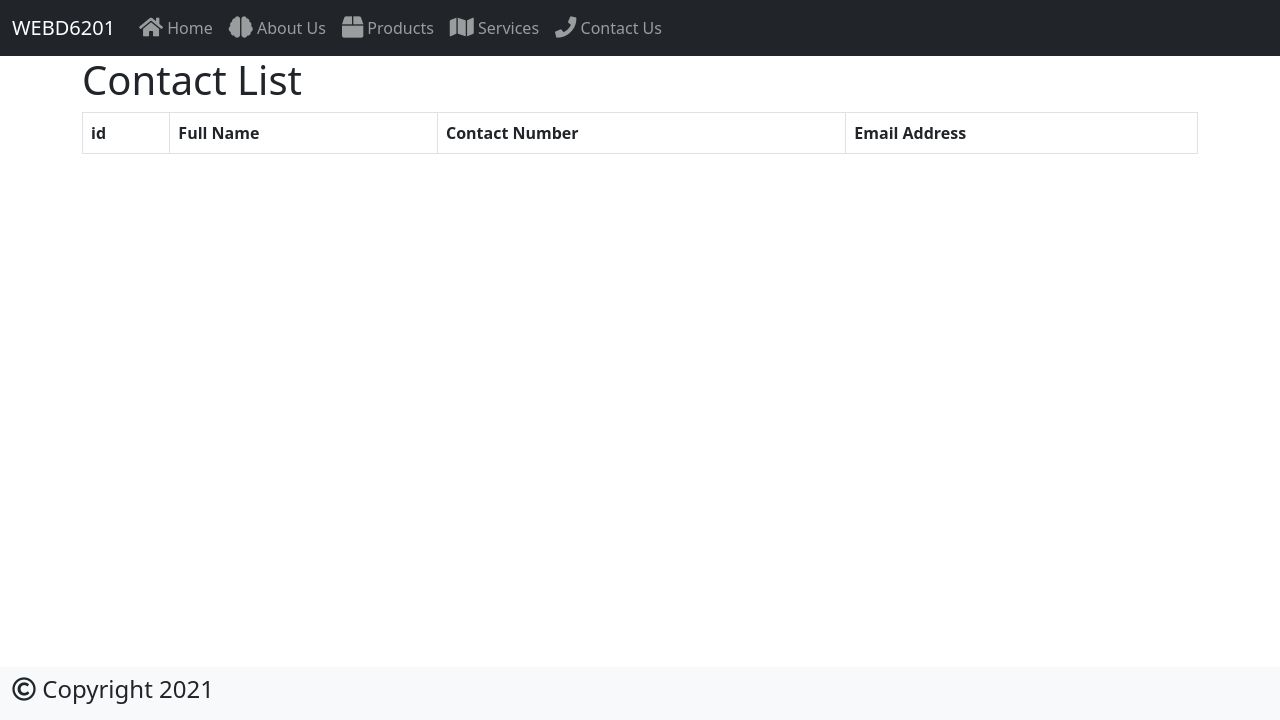
Repository: AshokSasi/WEBD6201-Week3
Page: contact-list.html
The author's editor kept a copy of each file at every save. The page is drawn from the files as they stood at one save, then again after the next save.
The browser window is 1280 px wide. The pictures show the whole page.

Above is the page before, as saved 2021-01-28 10:48:31.

After the next save:
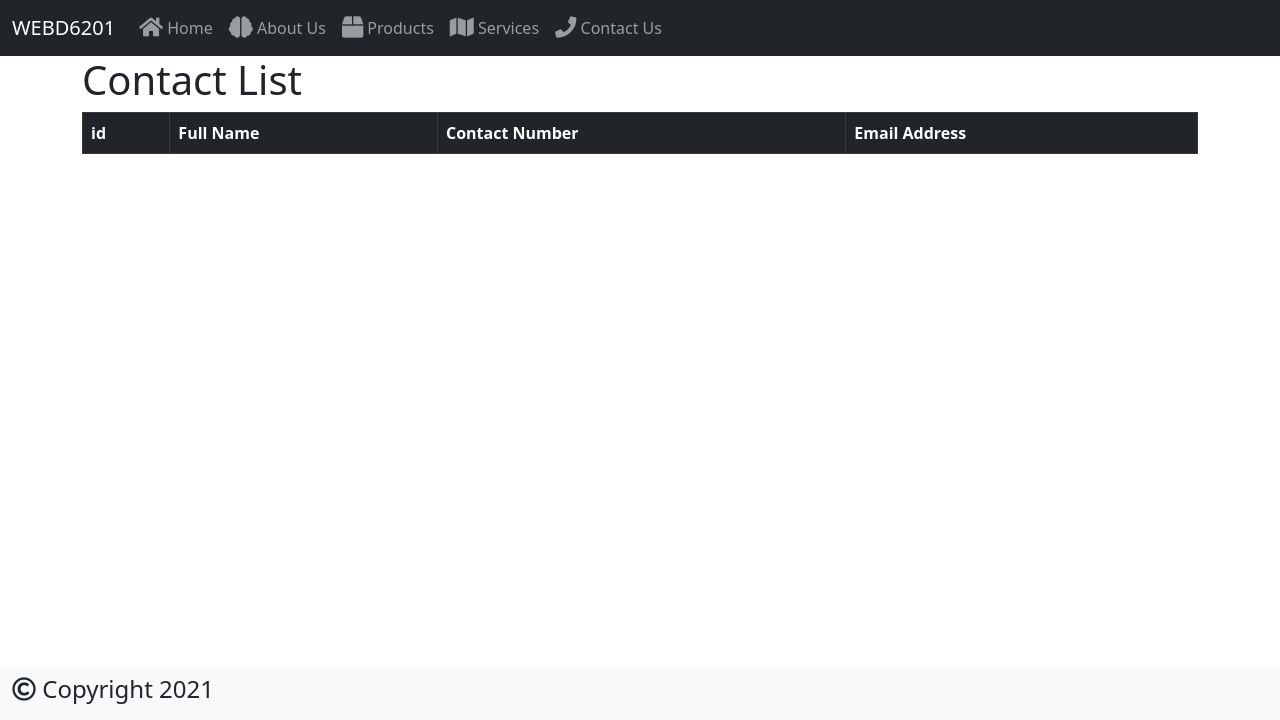
Saved 33 s later.
--- a/contact-list.html
+++ b/contact-list.html
@@ -50,7 +50,7 @@
         <div class="row">
             <div class="col">
                 <table class="table table-striped table-bordered table-hover">
-                    <thead>
+                    <thead class ="table-dark">
                       <tr>
                         <th scope="col">id</th>
                         <th scope="col">Full Name</th>
